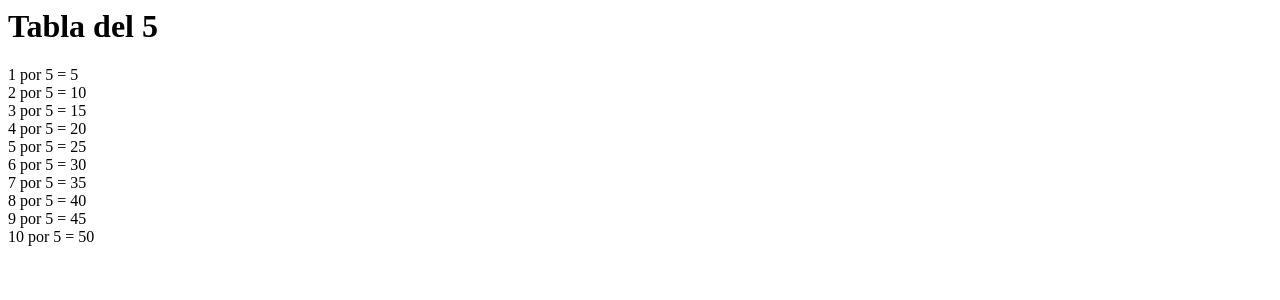
Repository: pedroblanch/ejerciciosPhp2021-2022
Page: http://localhost/tabla_multiplicar_3.php
These files come from the project's save history. The page is drawn as it stood at one moment and after the next save; the edit follows.
The browser window is 1280 px wide. The pictures show the whole page.
The page is run by PHP 8.4 with error messages shown; the project is at /var/www/html/.

Above is the page before, as saved 2021-12-17 12:28:07.

### ejerciciosBasicos/tabla_multiplicar_3.php
<?php
echo("<h1>Tabla del 5</h1>");
for($i=1;$i<=10;$i++){
  $resultado=$i*5;
  echo("$i por 5 = $resultado<br>");
}
?>

After the next save:
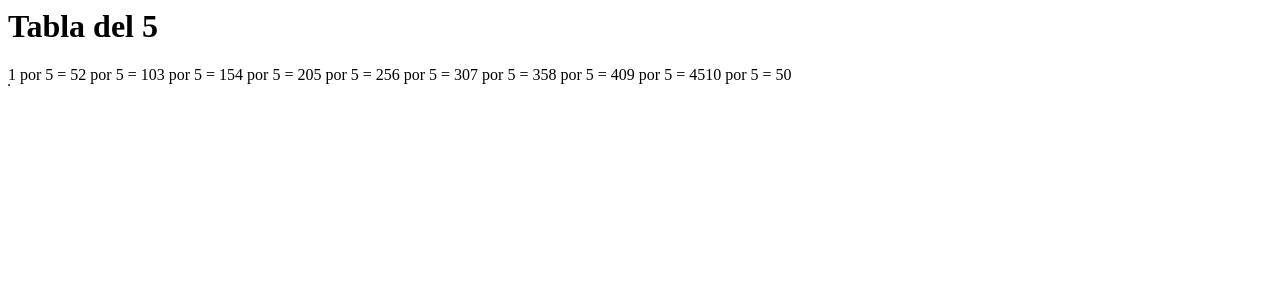
Saved 3 min 50 s later.
--- a/ejerciciosBasicos/tabla_multiplicar_3.php
+++ b/ejerciciosBasicos/tabla_multiplicar_3.php
@@ -1,7 +1,9 @@
+<table border=1>
 <?php
 echo("<h1>Tabla del 5</h1>");
 for($i=1;$i<=10;$i++){
   $resultado=$i*5;
-  echo("$i por 5 = $resultado<br>");
+  echo("<tr>$i por 5 = $resultado</tr>");
 }
 ?>
+</table>
